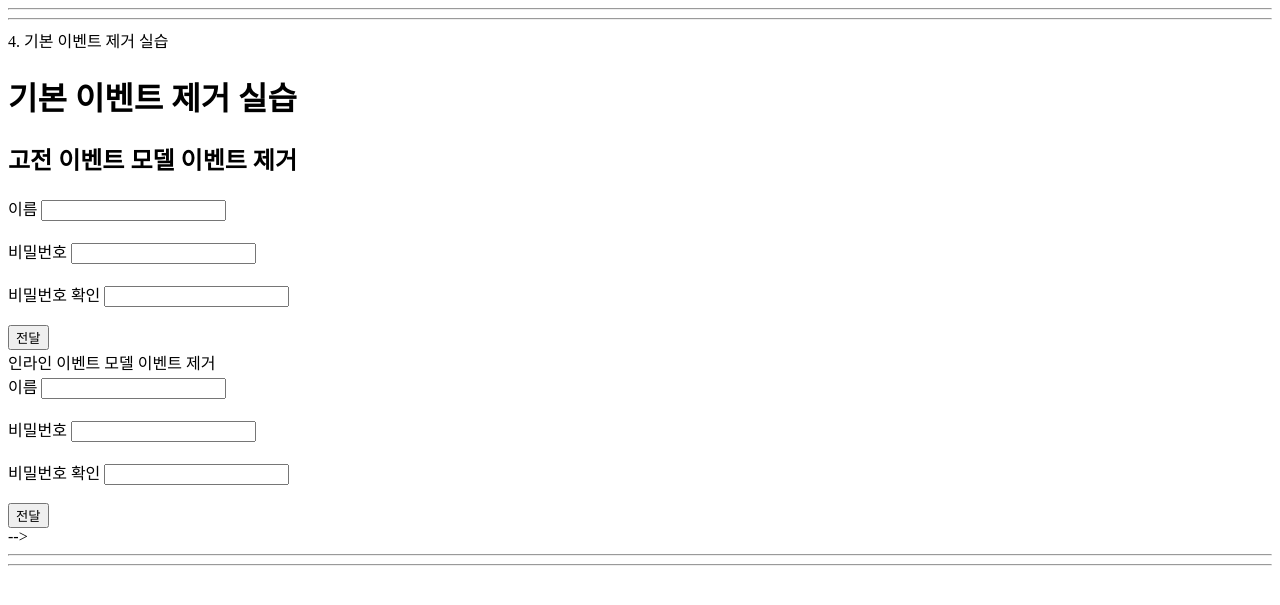
Repository: chlguswns1/web-practice
Page: javaScript/src/main/webapp/10_Event.html
These files come from the project's save history. The page is drawn as it stood at one moment and after the next save; the edit follows.
The browser window is 1280 px wide. The pictures show the whole page.

Above is the page before, as saved 2023-03-08 04:06:32.

After the next save:
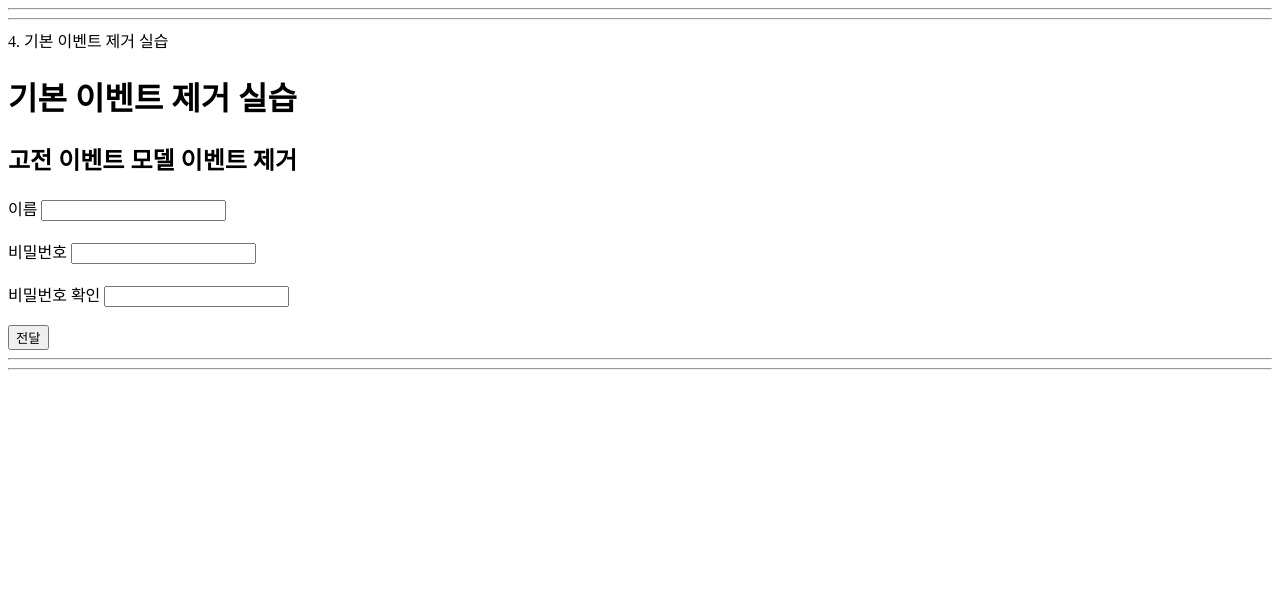
Saved 3 min 18 s later.
--- a/javaScript/src/main/webapp/10_Event.html
+++ b/javaScript/src/main/webapp/10_Event.html
@@ -175,7 +175,7 @@ function whenClick(event) {
 		<input type="password" id="pass_check"/><br/><br/>
 		<input type="submit" value="전달"/>
 	</form>
-
+   <!--
 	인라인 이벤트 모델 이벤트 제거
 	<form onsubmit="whenSubmit()">
 		<label for="name">이름</label>
